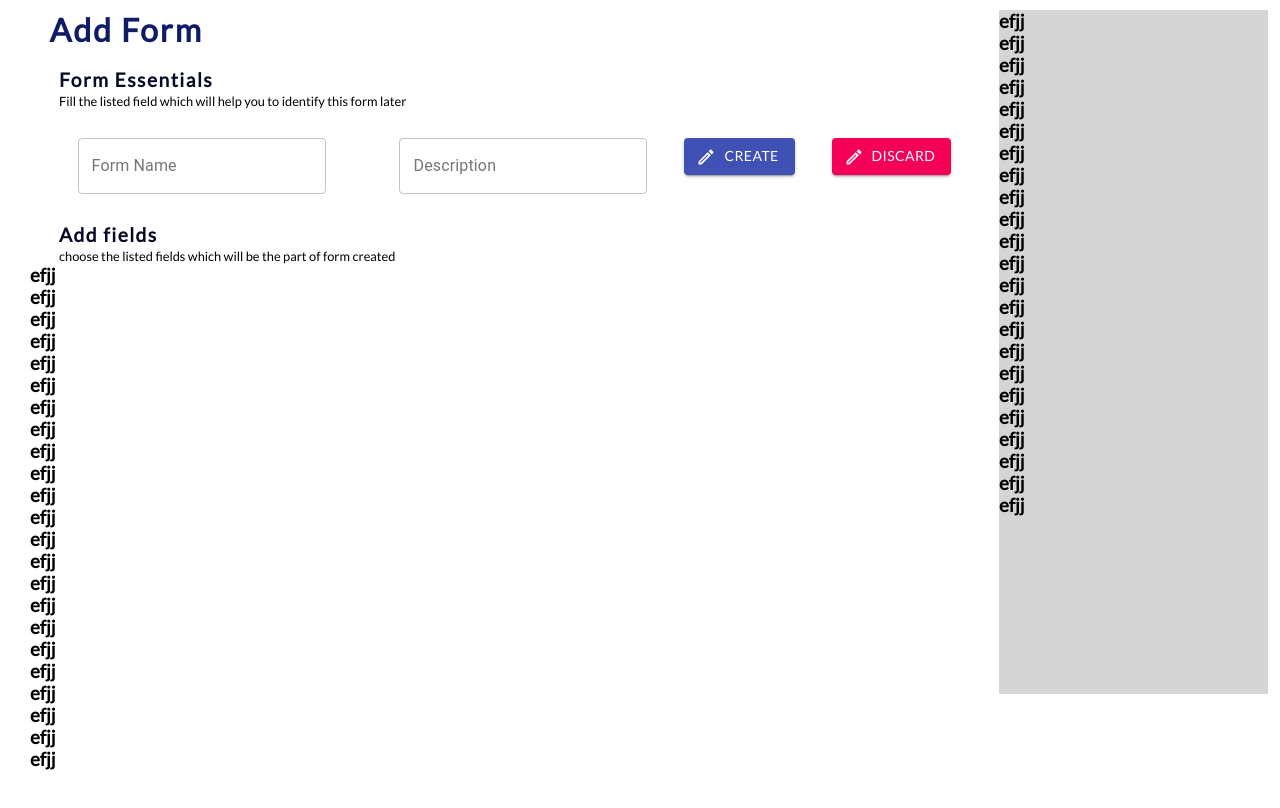
Repository: Architjain128/df
Page: /add
These files come from the project's save history. The page is drawn as it stood at one moment and after the next save; the edit follows.
The browser window is 1280 px wide. The pictures show the whole page.
The project was rebuilt for these pictures with package versions that can differ from the ones it lists, and the page was loaded fresh each time. Also part of the build but not shown: src/App.css, src/dftable.js, src/dataForm.js.

Above is the page before, as saved 2021-06-25 16:12:14.

After the next save:
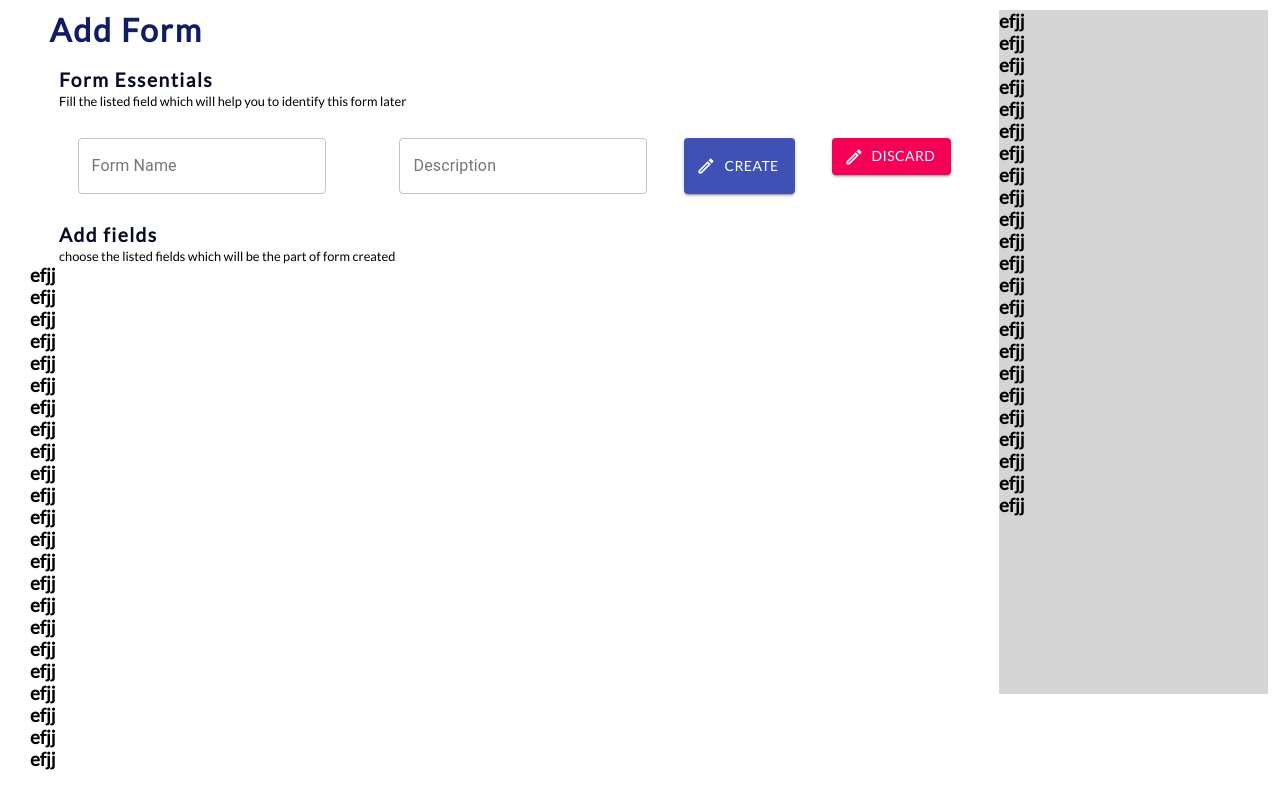
Saved 5 s later.
--- a/src/addDataForm.js
+++ b/src/addDataForm.js
@@ -16,7 +16,7 @@ class AddDataForm extends Component{
                             <div className="df-form-ess">
                                 <TextField id="outlined-basic" label="Form Name" variant="outlined" /><br/>
                                 <TextField id="outlined-basic-large" label="Description" variant="outlined"/>
-                                <div className="df-create2" class="flex-item1"><Button variant="contained" color="primary" startIcon={<CreateOutlinedIcon />}> Create </Button></div>
+                                <div className="df-create2" ><Button variant="contained" color="primary" startIcon={<CreateOutlinedIcon />}> Create </Button></div>
                                 <div className="df-create2" class="flex-item1"><Button variant="contained" href='/' color="secondary" startIcon={<CreateOutlinedIcon />}> Discard </Button></div>
                             </div>
                             <div className="df-subtitle">Add fields</div>
